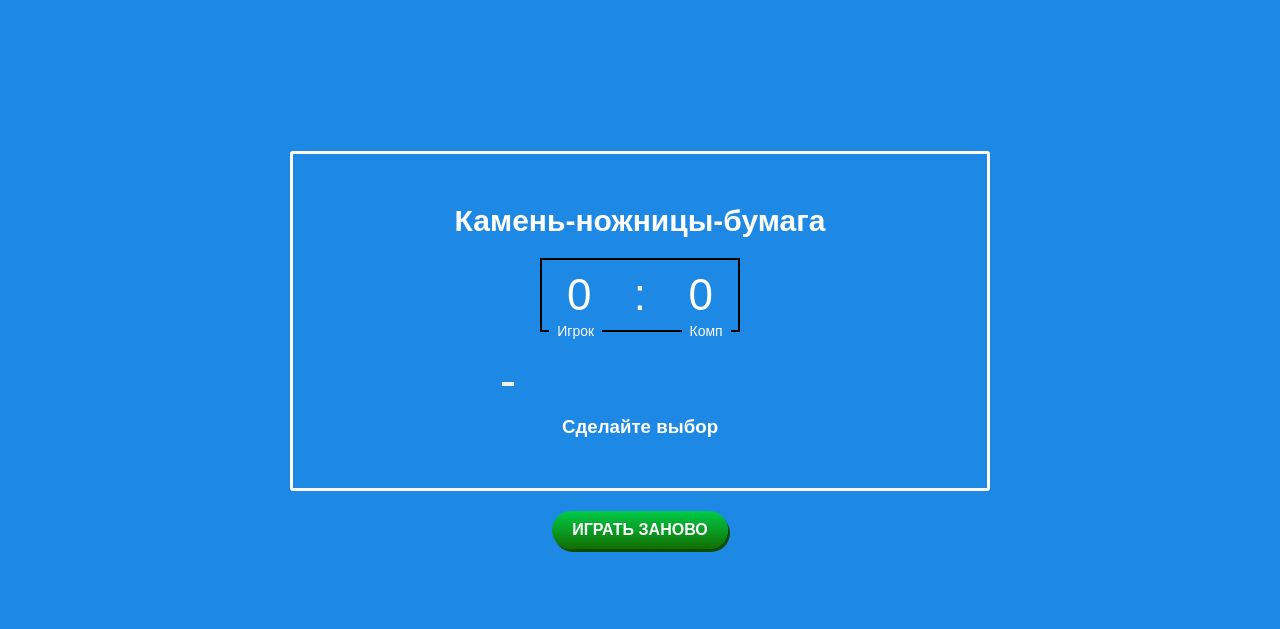
Repository: yevheniir/python_course_2020
Page: l5/Rock-Scissors-Paper(исходники)/index.html
These files come from the project's save history. The page is drawn as it stood at one moment and after a run of saves; the edit follows.
The browser window is 1280 px wide. The pictures show the whole page.

Above is the page before, as saved 2020-07-05 16:13:34.
Console error (its wording comes from the project's code and is left out).

After the next 3 saves:
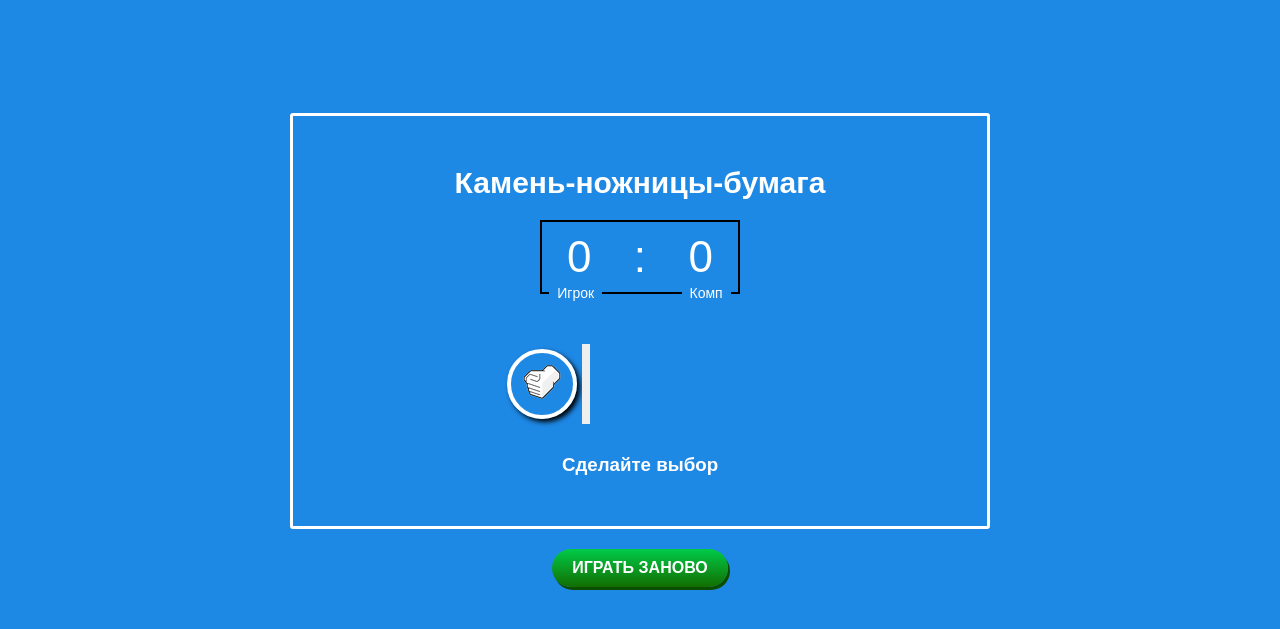
The 3 saves are shown as one change because they came seconds apart.
The last was saved 12 s later.
--- a/l5/Rock-Scissors-Paper(исходники)/index.html
+++ b/l5/Rock-Scissors-Paper(исходники)/index.html
@@ -25,7 +25,7 @@
 		</div>
 		<div class="figure-container">
 			<div class="user-field">
-				<button onclick="showDetails(this) class="field rock" data-field="r"></button>
+				<button onclick="showDetails()" class="field rock" data-field="r"></button>
 				<button onclick="showDetails(this) class="field scissors" data-field="s"></button>
 				<button onclick="showDetails(this) class="field paper" data-field="p"></button>
 			</div>
